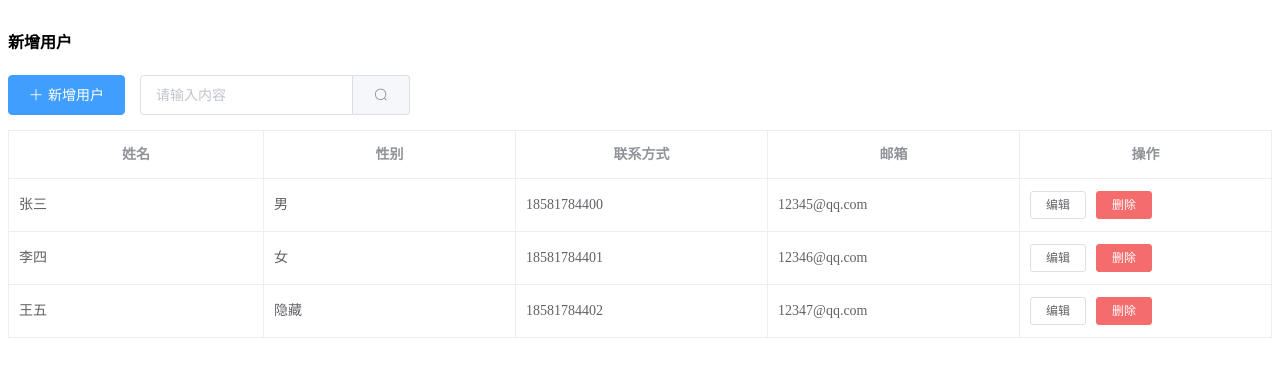
Repository: xinwuhao/New-user
Page: /
An editor plug-in stored every save of this project. The page is shown before and after the next save, followed by the edit.
The browser window is 1280 px wide. The pictures show the whole page.
The project was rebuilt for these pictures with package versions that can differ from the ones it lists, and the page was loaded fresh each time.

Above is the page before, as saved 2021-12-21 17:02:54.

After the next save:
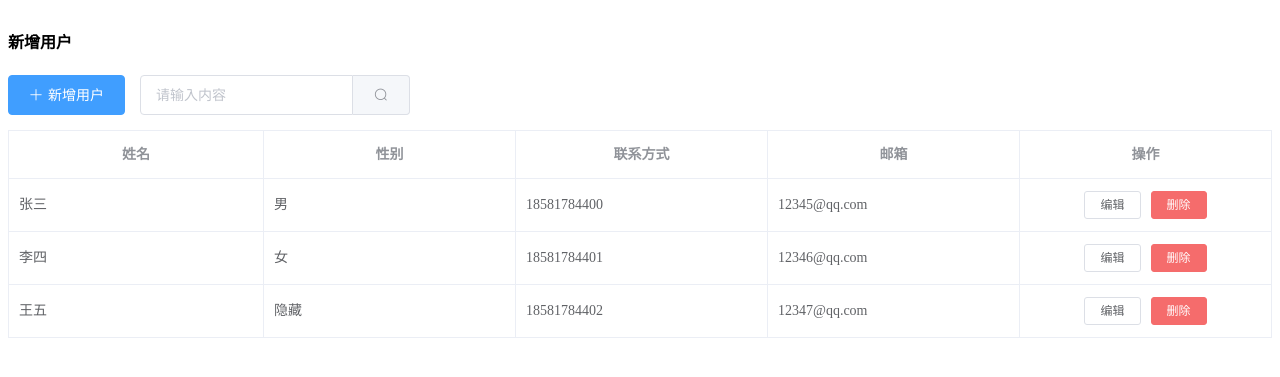
Saved 6 s later.
--- a/src/views/Home.vue
+++ b/src/views/Home.vue
@@ -30,7 +30,7 @@
           <el-table-column prop="sex" label="性别" header-align='center'> </el-table-column>
           <el-table-column prop="contact" label="联系方式" header-align='center'> </el-table-column>
           <el-table-column prop="mailbox" label="邮箱" header-align='center'> </el-table-column>
-          <el-table-column label="操作" header-align='center'>
+          <el-table-column label="操作" align='center'>
             <template slot-scope="scope">
               <el-button size="mini" @click="Edit(scope.$index, scope.row)"
                 >编辑</el-button
